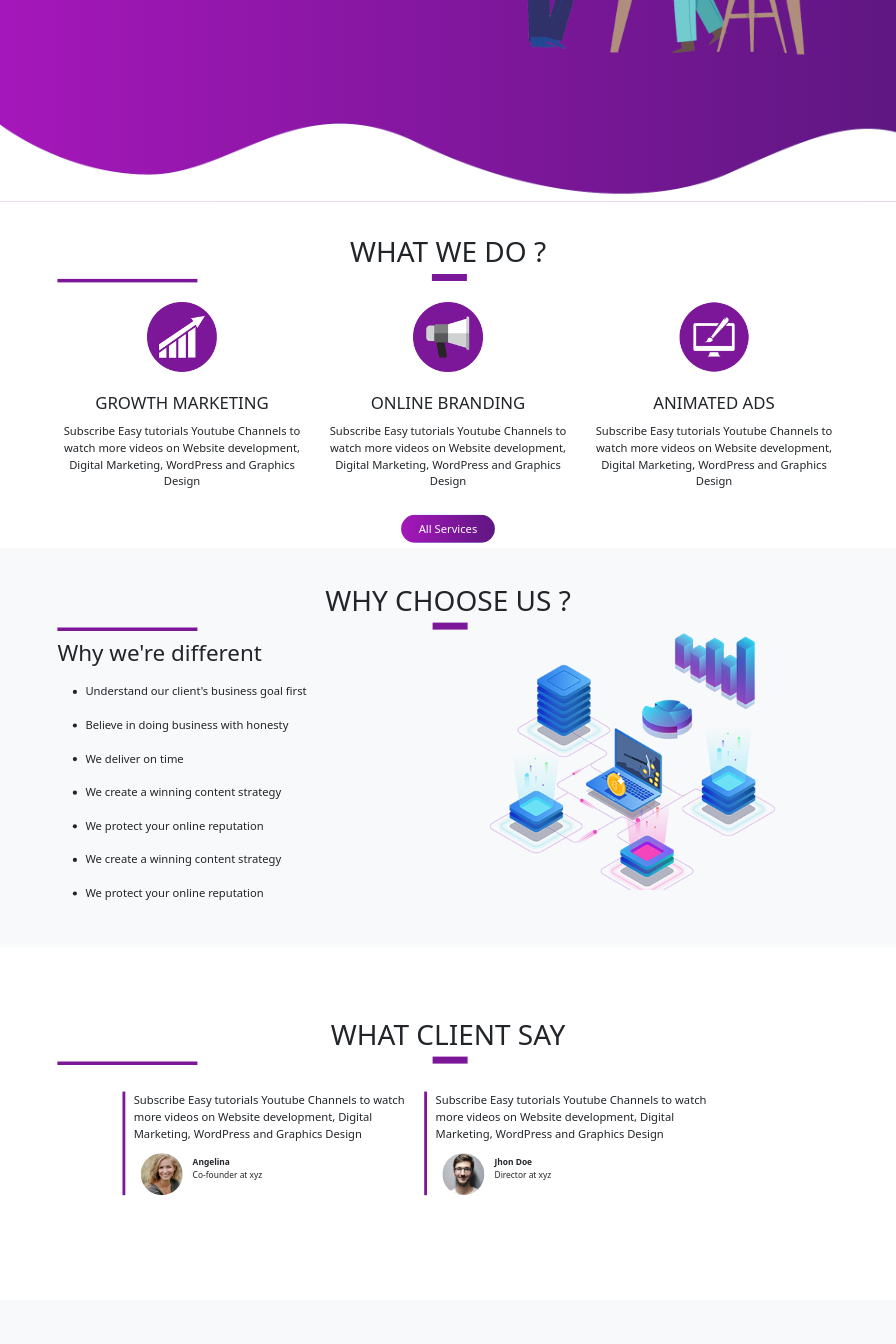
Repository: wadelfadill/Bootstrap_tache_2_website_design
Page: index.html
An editor plug-in stored every save of this project. The page is shown before and after the next save, followed by the edit.
The browser window is 1280 px wide. The pictures show the part of the page from y = 428 to 2348 px (the page is 3035 px tall), at 70% of full size.
Some web libraries are served in a nearby version.

Above is the page before, as saved 2023-04-06 15:39:46.

### index.html
<!DOCTYPE html>
<html lang="en">
<head>
    <meta charset="UTF-8">
    <meta http-equiv="X-UA-Compatible" content="IE=edge">
    <meta name="viewport" content="width=device-width, initial-scale=1.0">
    <!-- bootstrap css link -->
    <link href="https://cdn.jsdelivr.net/npm/bootstrap@5.1.3/dist/css/bootstrap.min.css" rel="stylesheet" integrity="sha384-1BmE4kWBq78iYhFldvKuhfTAU6auU8tT94WrHftjDbrCEXSU1oBoqyl2QvZ6jIW3" crossorigin="anonymous">
    <!-- css sheet link -->
    <link rel="stylesheet" href="style.css">
    <!-- fontawsome link -->
    <link rel="stylesheet" href="https://cdn.jsdelivr.net/npm/@fortawesome/fontawesome-free@6.2.1/css/fontawesome.min.css">
    <title>bootstrap_website_design</title>
    <script src="https://kit.fontawesome.com/8f130c8a35.js" crossorigin="anonymous"></script>
</head>
<body>
    <section id="nav-bar" class="sticky-top t-0">
        <nav class="navbar navbar-expand-lg navbar-light p-0">
            <div class="container-fluid">
              <a class="navbar-brand" href="#"><img src="images/demo-logo.png" alt="" class="w-75 h-50 p-2"></a>
              <button class="navbar-toggler" type="button" data-bs-toggle="collapse" data-bs-target="#navbarSupportedContent" aria-controls="navbarSupportedContent" aria-expanded="false" aria-label="Toggle navigation">
                <span><i class="fa-solid fa-bars fs-1" style="color: #ffffff;"></i></span>
              </button>
              <div class="collapse navbar-collapse justify-content-end" id="navbarSupportedContent">
                <ul class="navbar-nav ms-auto mb-2 mb-lg-0 ">
                  <li class="nav-item pt-0 pb-1 fw-bold">
                    <a class="nav-link active text-white float-end text-start" aria-current="page" href="#banner">HOME</a>
                  </li>
                  <li class="nav-item pt-0 pb-1 fw-bold">
                    <a class="nav-link text-white float-end text-start" href="#services">SERVICES</a>
                  </li>
                  <li class="nav-item pt-0 pb-1 fw-bold">
                    <a class="nav-link text-white float-end text-start" href="#about-us">ABOUT US</a>
                  </li>
                  <li class="nav-item pt-0 pb-1 fw-bold">
                    <a class="nav-link text-white float-end text-start" href="#testimonials">TESTIMONIALS</a>
                  </li>
                  <li class="nav-item pt-0 pb-1 fw-bold">
                    <a class="nav-link text-white float-end text-start" href="#footer">CONTACT</a>
                  </li>
                </ul>
              </div>
            </div>
          </nav>
    </section>
     <!--banner section  -->
     <section id="banner" class="text-white pt-5">
      <div class="container">
        <div class="row">
          <div class="col-md-6">
            <p class="h2 mt-5">BEST DIGITAL AGENCY</p>
            <p>
              Subscribe Easy tutorials Youtube Channels to watch more videos on
              Website development, Digital Marketing, WordPress and Graphics Design
            </p>
            <a href="" class="tuto text-white text-decoration-none"><img src="images/play.png" alt="" class="play-btn"> Watch tutorials</a>
          </div>
          <div class="col-md-6 text-center">
            <img src="images/home2.png" alt="" class="img-fluid">
          </div>
        </div>
      </div>
     <img src="images/wave1.png" alt="" class="w-100">
     </section>
     <!-- services section -->
     <section id="services" class="pt-5 pb-0">
        <div class="container text-center">
          <div class="row ">
            <h1 class="title text-center">WHAT WE DO ? </h1>
          </div>

          <div class="row text-center">
            <div class="col-md-4 services">
              <img src="images/service1.png" alt="" class="service-img">
              <h4>Growth Marketing</h4>
              <p>
                Subscribe Easy tutorials Youtube Channels to watch more videos on
                Website development, Digital Marketing, WordPress and Graphics Design
              </p>
            </div>
            <div class="col-md-4 services">
              <img src="images/service2.png" alt="" class="service-img">
              <h4>Online Branding</h4>
              <p>
                Subscribe Easy tutorials Youtube Channels to watch more videos on
                Website development, Digital Marketing, WordPress and Graphics Design
              </p>
            </div>
            <div class="col-md-4 services">
              <img src="images/service3.png" alt="" class="service-img">
              <h4>Animated Ads</h4>
              <p>
                Subscribe Easy tutorials Youtube Channels to watch more videos on
                Website development, Digital Marketing, WordPress and Graphics Design
              </p>
            </div>
          </div>
          <button type="button" class="btn btn-primary mb-2">All Services </button>
        </div>
     </section>
     <!-- about us  -->
     <section id="about-us">
        <div class="container">
          <h1 class="title text-center"> WHY CHOOSE US ?</h1>
          <div class="row">
            <div class="col-md-6">
              <p class="h2 mt-4">Why we're different</p>
              <ul class="ms-2">
                <li class="mt-4 mb-0">Understand our client's business goal first</li>
                <li class="mt-4 mb-0">Believe in doing business with honesty</li>
                <li class="mt-4 mb-0">We deliver on time</li>
                <li class="mt-4 mb-0">We create a winning content strategy</li>
                <li class="mt-4 mb-0">We protect your online reputation</li>
                <li class="mt-4 mb-0">We create a winning content strategy</li>
                <li class="mt-4 mb-0">We protect your online reputation</li>
              </ul>
            </div>
            <div class="col-md-6">
              <img src="images/network.png" alt="" class="img-fluid">
            </div>
          </div>
        </div>
     </section>
     <!-- testimonials section -->
     <section id="testimonials">
      <div class="container">
        <h1 class="title text-center"> WHAT CLIENT SAY</h1>
        <div class="row offset-1">
          <div class="col-md-5 testimonials">
            <p>
              Subscribe Easy tutorials Youtube Channels to watch more videos on
              Website development, Digital Marketing, WordPress and Graphics Design
            </p>
            <img src="images/user1.jpg" alt="">
            <p class="user-details"><b>Angelina</b><br>Co-founder at xyz</p>

          </div>
          <div class="col-md-5 testimonials">
            <p>
              Subscribe Easy tutorials Youtube Channels to watch more videos on
              Website development, Digital Marketing, WordPress and Graphics Design
            </p>
            <img src="images/user2.jpg" alt="">
            <p class="user-details"><b>Jhon Doe</b><br>Director at xyz</p>
          </div>
        </div>
      </div>
     </section>
     <!-- social media section -->
     <section id="social-media">
        <div class="container text-center">
          <p>FIND US ON SOCIAL MEDIA</p>
          <div class="social-icons">
            <a href=""><img src="images/facebook-icon.png" alt=""></a>
            <a href=""><img src="images/instagram-icon.png" alt=""></a>
            <a href=""><img src="images/twitter-icon.png" alt=""></a>
            <a href=""><img src="images/whatsapp-icon.png" alt=""></a>
            <a href=""><img src="images/linkedin-icon.png" alt=""></a>
            <a href=""><img src="images/snapchat-icon.png" alt=""></a>
          </div>

        </div>
     </section>
     <!-- footer section -->
     <section id="footer">
      <img src="images/wave2.png" alt="" class="footer-img">
      <div class="container">
        <div class="row">
          <div class="col-md-4 footer-box">
            <img src="images/demo-logo.png" alt="">
            <p>
              Subscribe Easy tutorials Youtube Channels to watch more videos on
              Website development, Digital Marketing, WordPress and Graphics Design
            </p>

          </div>
          <div class="col-md-4 footer-box">
            <p><b>CONTACT US</b></p>
            <P><i class="fa-solid fa-location-dot" style="color: #ffffff;"></i>World Trade Center, bangalore</P>
            <P><i class="fa-solid fa-phone" style="color: #ffffff;"></i>+1 0123456789</P>
            <P><i class="fa-solid fa-envelope" style="color: #ffffff;"></i>xyz@gmail.com</P>
          </div>
          <div class="col-md-4 footer-box">
            <p><b> SUBSCRIBE NEWSLETTER</b></p>
            <input type="mail" name="" id="" class="form-control" placeholder="Your Email">
            <button type="button" class="btn btn-primary">Subscribe</button>
          </div>
        </div>
        <hr>
        <p class="copyright">Website certified by EL_FADILL</p>
      </div>
     </section>


     <!-- smooth scroll -->
     <script src="https://cdn.jsdelivr.net/gh/cferdinandi/smooth-scroll/dist/smooth-scroll.polyfills.min.js">
        var scroll = new SmoothScroll('a[href*="#"]');
     </script>

        <!-- bootstrap js link -->
    <script src="https://cdn.jsdelivr.net/npm/bootstrap@5.1.3/dist/js/bootstrap.bundle.min.js" integrity="sha384-ka7Sk0Gln4gmtz2MlQnikT1wXgYsOg+OMhuP+IlRH9sENBO0LRn5q+8nbTov4+1p" crossorigin="anonymous"></script>
</body>
</html>

### style.css
*{
    margin: 0;
    padding: 0;
}
.navbar{
    background-image: linear-gradient(to right, #a517ba, #5f1782);
}
.navbar-toggler{
    outline: none !important;
}
/* Banner section */
#banner{
    background-image: linear-gradient(to right, #a517ba, #5f1782);


}
.play-btn{
    width: 45px;
    margin: 20px;
}
.service-img{
    width: 100px;
    margin-top: 20px;
}
.services{
    padding: 20px;
}
.services h4{
    padding: 5px;
    margin-top: 25px;
    text-transform: uppercase;
}
.title{
    position: relative;
}
.title::before{
    position: absolute;
    content:'';
    background: #7b1798;
    height: 5px;
    width: 200px;
    margin-left: auto;
    margin-right: auto;
    display: block;
    transform: translateY(63px);
    left: 50%%;

}
.title::after{
    position: absolute;
    content:'';
    background: #7b1798;
    height: 10px;
    width: 50px;
    margin-top: 0;
    margin-left: auto;
    margin-right: auto;
    display: block;
    transform: translateY(8px);
    left: 48%;
}
#services .btn-primary{
    box-shadow: none;
    padding: 8px 25px;
    border-radius: 20px;
    background-image: linear-gradient(to right, #a517ba, #5f1782);
    outline: none;
    border: none;

}
#about-us{
    background: #f8f9fa;
    padding-bottom: 50px;
    padding-top: 50px;
}
/* testimonials section */
#testimonials{
    margin: 100px 0;

}
.testimonials{
    border-left: 4px solid #7b1798;
    margin-top: 50px;
    margin-bottom: 50px;
}
.testimonials img{
    height: 60px;
    width: 60px;
    border-radius: 50%;
    margin: 0 10px;
}
.user-details{
    display: inline-block;
    font-size: 12px;
}
/* social media secion */
#social-media{
    background: #f8f9fa;
    padding: 100px 0;
}
#social-media p{
    font-size: 36px;
    font-weight: 600;
    margin-bottom: 30px;

}
.social-icons img{
    width: 60px;
    transition: 0.5s;
}
.social-icons a:hover img{
    transform: translateY(-10px);
}
/* footer section */
#footer{
    background-image: linear-gradient(to right, #a517ba, #5f1782);
}
.footer-img{
    width: 100%;
}
.footer-box{
    padding: 20px;

}
.footer-box img{
    width: 120px;
    margin-bottom: 20px;
}
.footer-box .fa-solid{
    margin-right: 8px;
    font-size: 25px;
    width: 40px;
    text-align: center;
    padding-top: 7px;
    border-radius: 2px;
    background-image: linear-gradient(to right, #a517ba, #5f1782);
}
.footer-box .form-control{
    box-shadow: none;
    border: none;
    border-radius: 0;
    margin-top: 25px;
    max-width: 250px;
}
.footer-box .btn-primary{
    box-shadow: none;
    border: none;
    border-radius: 0;
    margin-top: 30px;
    background-image: linear-gradient(to right, #a517ba, #5f1782);

}
hr{
    background-color: #ffff;

}
.copyright{
    margin-bottom: 0;
    padding-bottom: 0;
    text-align: center;
}
/* @media screen and (max-width:768px){
    .title::before{
        margin-bottom: 7px;
    }
} */

After the next save:
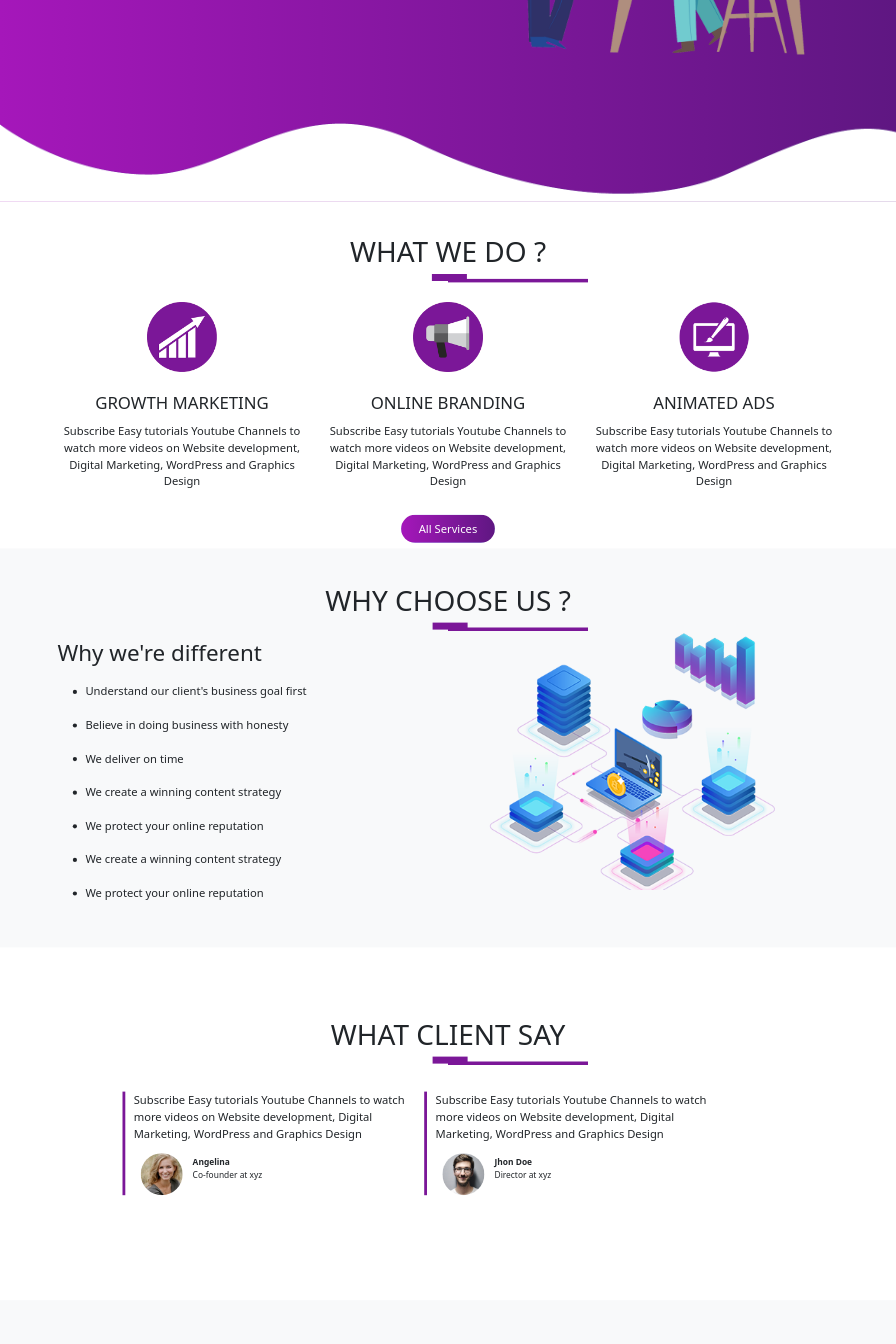
Saved 4 s later.
--- a/style.css
+++ b/style.css
@@ -43,7 +43,7 @@
     margin-right: auto;
     display: block;
     transform: translateY(63px);
-    left: 50%%;
+    left: 50%;
 
 }
 .title::after{

After the save that followed:
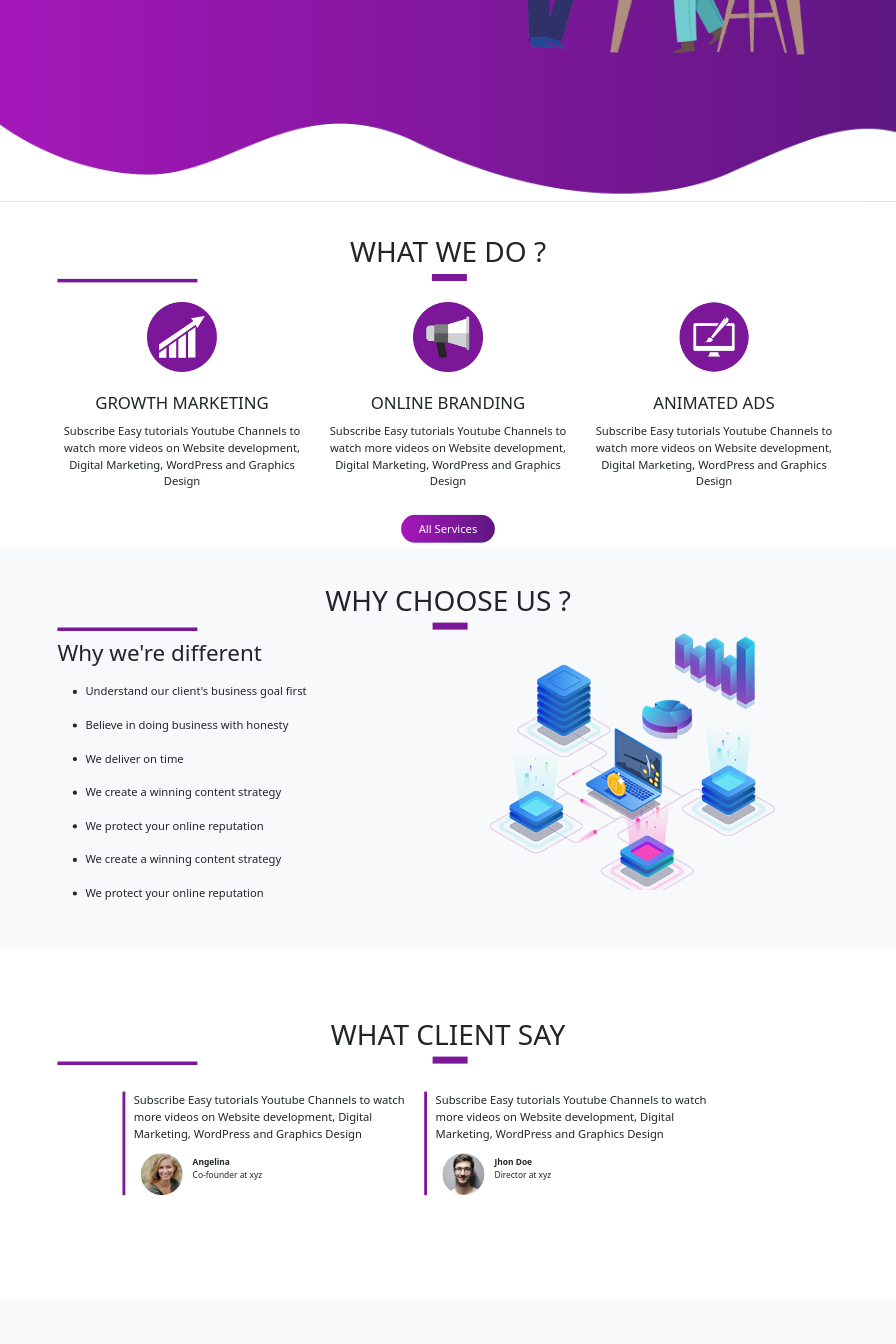
Saved 16 s later.
--- a/style.css
+++ b/style.css
@@ -43,7 +43,7 @@
     margin-right: auto;
     display: block;
     transform: translateY(63px);
-    left: 50%;
+
 
 }
 .title::after{
